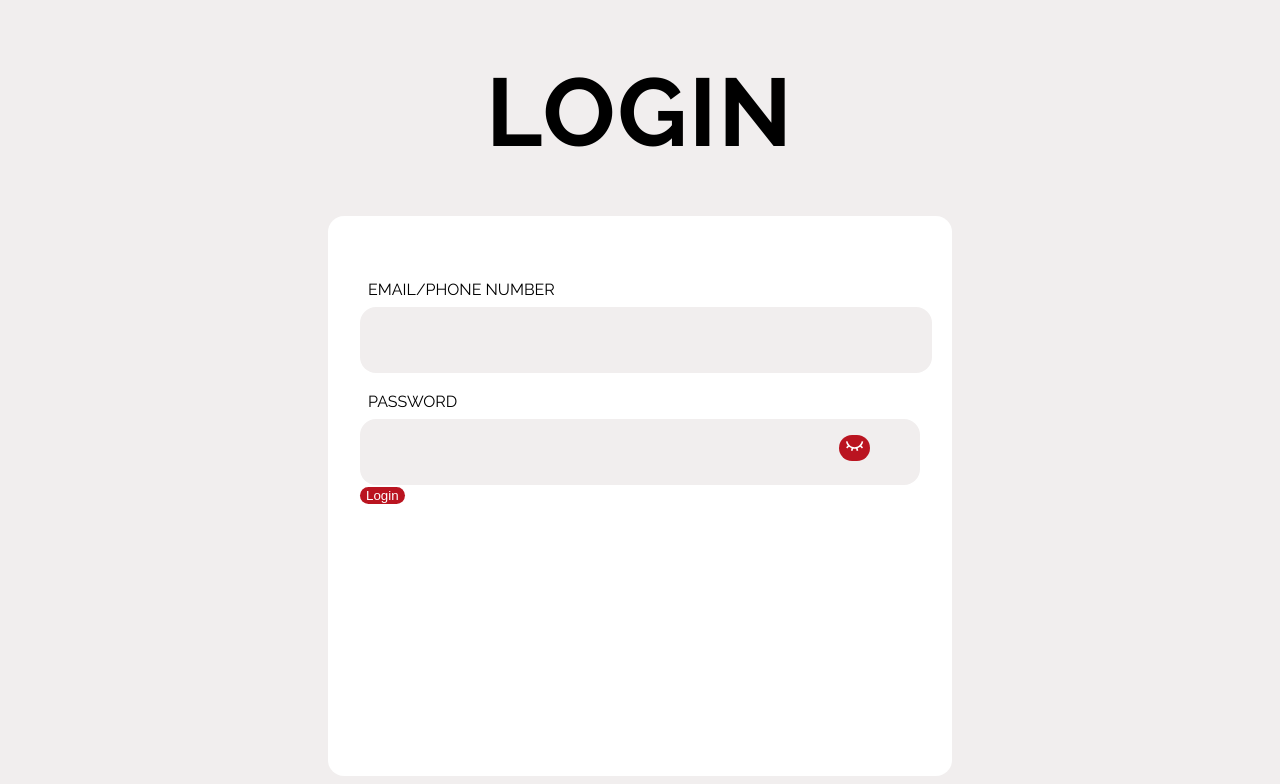
Repository: rehamtaher10/thirdReactTask
Page: /
These files come from the project's save history. The page is drawn as it stood at one moment and after the next save; the edit follows.
The browser window is 1280 px wide. The pictures show the whole page.
The project was rebuilt for these pictures with package versions that can differ from the ones it lists, and the page was loaded fresh each time. Also part of the build but not shown: vite.config.js, src/components/HomePage/Home.jsx, src/style/navBar.css, src/components/Navbar.jsx, src/components/Layout/Layout.jsx, src/components/AboutPage/About.jsx, src/style/contactUs.css, src/components/ContactUsPage/ContactUs.jsx and 2 more.

Above is the page before, as saved 2024-12-02 01:01:57.

### src/App.jsx
import React from "react";
import Home from "./components/HomePage/Home";
import { createBrowserRouter, RouterProvider } from "react-router-dom";
import Layout from "./components/Layout/Layout";
import About from "./components/AboutPage/About";
import ContactUs from "./components/ContactUsPage/ContactUs";
import Service from "./components/ServicePage/Service";
import LoginPage from "./components/loginPage/LoginPage"

export default function App() {
  const Routing = createBrowserRouter([
    { path: "", element: <LoginPage /> },
    {
      path: "home",
      element: <Layout />,
      // errorElement: <h1>404 Not Found</h1>,
      children: [
        { path: "", element: <Home /> },
        { path: "about", element: <About /> },
        { path: "service", element: <Service /> },
        {
          path: "contact",
          element: <ContactUs />,
          children: [
            { index: true, element: <h1>Contact us Form</h1> },
            { path: "location", element: <h1>Contact us Location</h1> },
            { path: "emails", element: <h1>Contact us Emails</h1> },
            { path: "phone-number", element: <h1>Phone Number</h1> },
          ],
        },
        { path: "*", element: <section>Not Found Page</section> },
      ],
    },
  ]);
  return <RouterProvider router={Routing} />;
}

### src/components/loginPage/LoginPage.jsx
import { Form, Formik } from "formik";
import React from "react";
import { useNavigate } from "react-router-dom";
import * as Yup from "yup";
import WrapperInput from "../wrapperInput/WrapperInput";
import "../../style/loginPage.css";
export default function LoginPage() {
  const navigate = useNavigate();

  const validationSchema = Yup.object({
    email: Yup.string()
      .email("Must Be Like E-mail Format")
      .required("E-mail is Requird"),
    password: Yup.string().min(7).max(15).required("Password is Requird"),
  });
  const initialValues = {
    email: "",
    password: "",
  };
  const onSubmit = (values) => {
    console.log(values);
    navigate("/home");
  };

  return (
    <div className="loginComponent">
      <h1>Login</h1>
      <Formik
        initialValues={initialValues}
        onSubmit={onSubmit}
        validationSchema={validationSchema}
      >
        <Form>

          <WrapperInput name={"email"} label="Email/PHONE NUMBER" isDefault />
          <br/>
          <WrapperInput name={"password"}  label="PASSWORD" isPassword />
          <button type="submit" className="loginButton">login</button>
        </Form>
      </Formik>
    </div>
  );
}

### src/components/wrapperInput/WrapperInput.jsx
import { ErrorMessage, Field } from "formik";
import React from "react";
import ErrorMessageField from "./ErrorMessageField";
import { RiEyeLine, RiEyeCloseLine } from "react-icons/ri";
import { useState } from "react";

export default function WrapperInput({
  name,
  placeholder,
  isDefault,
  isPassword,
  label,
}) {
  const [showPassword, setShowPassword] = useState(false);

  const togglePasswordVisibility = () => {
    setShowPassword((prev) => !prev);
  };
  return (
    <div className="wrapper_input">
      {label && <label htmlFor={name}>{label}</label>}
      <br />
      {isDefault && <Field name={name} placeholder={placeholder} />}
      {isPassword && (
        <div className="password-wrapper">
          <Field id={name} name={name}>
            {({ field }) => (
              <input
                type={showPassword ? "text" : "password"}
                {...field}
                placeholder={placeholder}
                autoComplete="off" /* Disables browser icon */
                className="custom-password-input"
              />
            )}
          </Field>
          <button
            type="button"
            onClick={togglePasswordVisibility}
            className="toggle-password-btn"
            aria-label="Toggle password visibility"
          >
            {showPassword ? <RiEyeLine /> : <RiEyeCloseLine />}
          </button>
        </div>
      )}
      <ErrorMessage name={name} component={ErrorMessageField} />
    </div>
  );
}

// React Basics (Folder Structure - Components - Props - State)
// Style (External - Sass + Bem - Bootrstrap  - MUI)
// Hooks (UseState - UseEffect - UseContext - UseRef)
// Routes (React Router Dom)
// Formik + Yup
// State Management (React Query + Redux)

### src/style/loginPage.css
@import url('https://fonts.googleapis.com/css2?family=Raleway:ital,wght@0,100..900;1,100..900&display=swap');

body {
  background-color: rgb(241, 238, 238);
}
.loginComponent {
  display: flex;
  flex-direction: column;
  justify-content: center;
  align-items: center;
}
.loginComponent h1 {
  font-family: "Raleway", sans-serif;
  font-size: 6rem;
  text-transform: uppercase;
  letter-spacing: 2px;
  margin-block: 3rem;
}
.loginComponent form{
    font-family: "Raleway", sans-serif;
    background-color: white;
    width: 35rem;
    height: 27rem;
    border-radius: 1rem;
    padding-inline: 2rem;
    padding-block: 4rem;
}
.loginComponent form label{
    text-transform: uppercase;
    padding-inline: .5rem;
}
.loginComponent form input{
    width: 100%;
    height: 4rem;
    background-color: rgb(241, 238, 238);
    border: none;
    border-radius: 1rem;
    margin-top: .5rem;
    padding-inline-start: 10px;
}
.loginComponent form button{
    border: none;
    border-radius: 2rem;
    background-color: #ba1420;
    text-align: center;
    color: white;
    text-transform: capitalize;
}
.error {
    color: #ba1420;
  }
  .password-wrapper {
    position: relative;
    display: flex;
    align-items: center;
  }

  .toggle-password-btn {
    position: absolute;
    right: 50px;
    background: none;
    border: none;
    cursor: pointer;
    font-size: 1.2rem;
  }
  .custom-password-input::-ms-reveal,
  .custom-password-input::-ms-clear {
    display: none;
  }

  .custom-password-input::-webkit-inner-spin-button,
  .custom-password-input::-webkit-outer-spin-button,
  .custom-password-input::-webkit-textfield-decoration-container {
    display: none;
  }

  .custom-password-input {
    -webkit-text-security: none; /* Removes browser styling */
  }

Loaded but not shown: index.html (common file); src/main.jsx (common file)

After the next save:
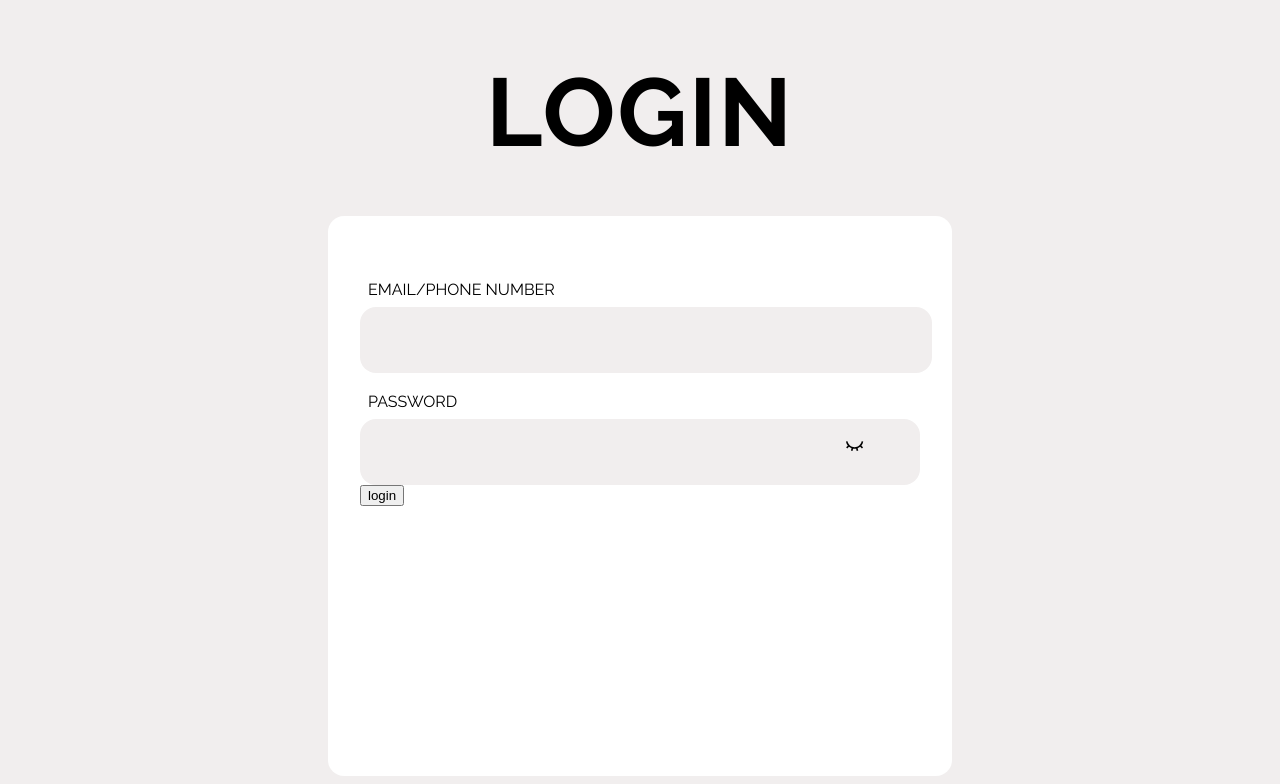
Saved 11 s later.
--- a/src/style/loginPage.css
+++ b/src/style/loginPage.css
@@ -38,7 +38,7 @@ body {
     margin-top: .5rem;
     padding-inline-start: 10px;
 }
-.loginComponent form button{
+.loginComponent form loginButton{
     border: none;
     border-radius: 2rem;
     background-color: #ba1420;
